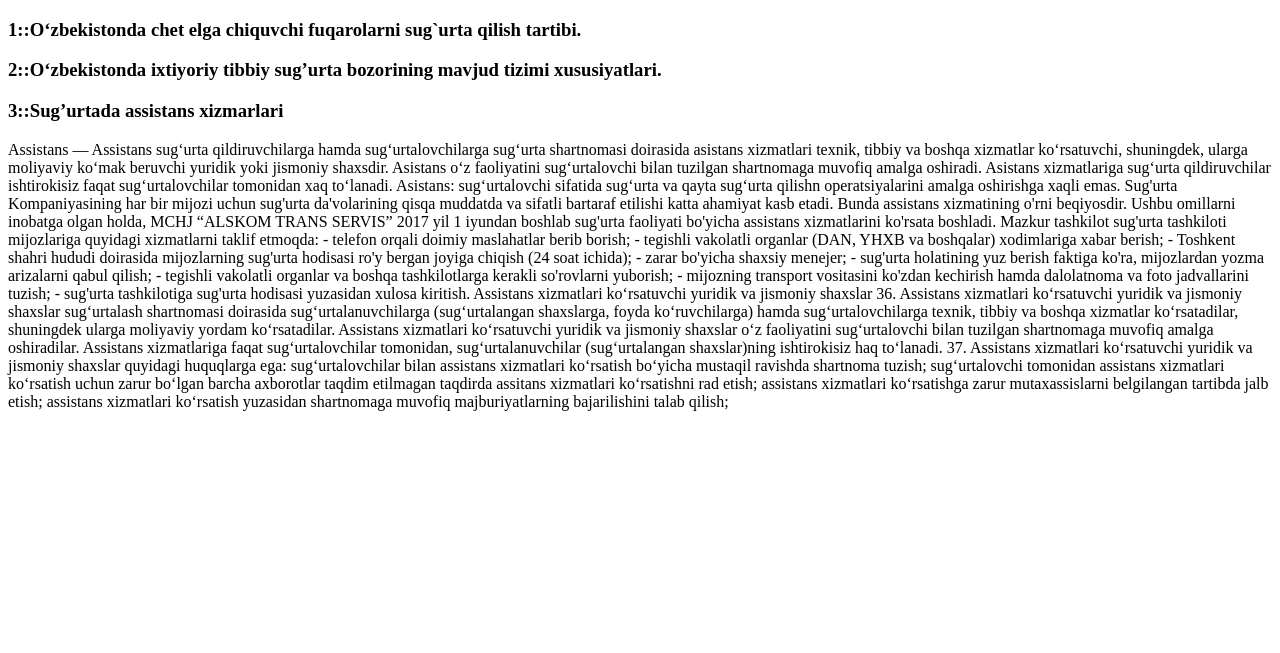
Repository: Ikromkhurozov/exam-inst
Page: index.html
The author's editor kept a copy of each file at every save. The page is drawn from the files as they stood at one save, then again after a run of saves.
The browser window is 1280 px wide. The pictures show the whole page.

Above is the page before, as saved 2023-05-21 14:45:17.

After the next 3 saves:
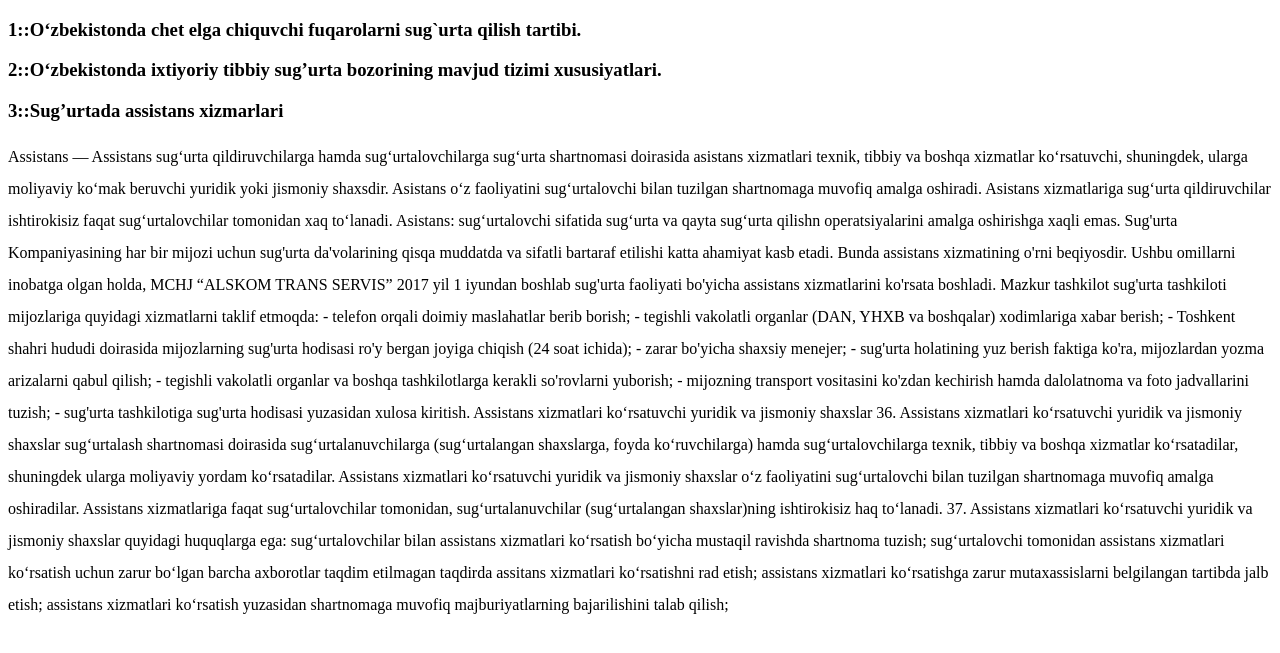
The 3 saves are shown as one change because they came seconds apart.
The last was saved 9 s later.
--- a/index.html
+++ b/index.html
@@ -7,7 +7,9 @@
   <title>Document</title>
 
   <style>
-
+    div{
+      line-height: 2;
+    }
   </style>
 </head>
 <body>
